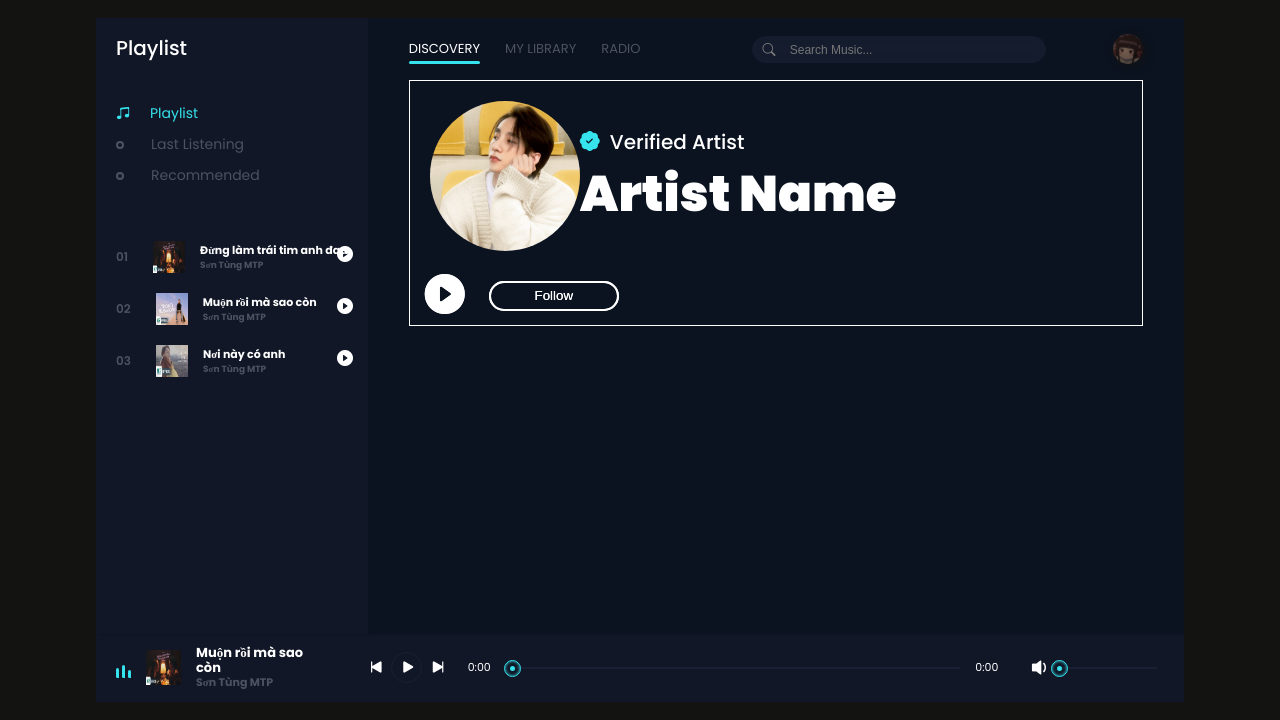
Repository: reminzuetto/Music-Website
Page: index.html
An editor plug-in stored every save of this project. The page is shown before and after a run of saves, followed by the edit.
The browser window is 1280 px wide. The pictures show the whole page.

Above is the page before, as saved 2024-06-11 13:08:11.

After the next 2 saves:
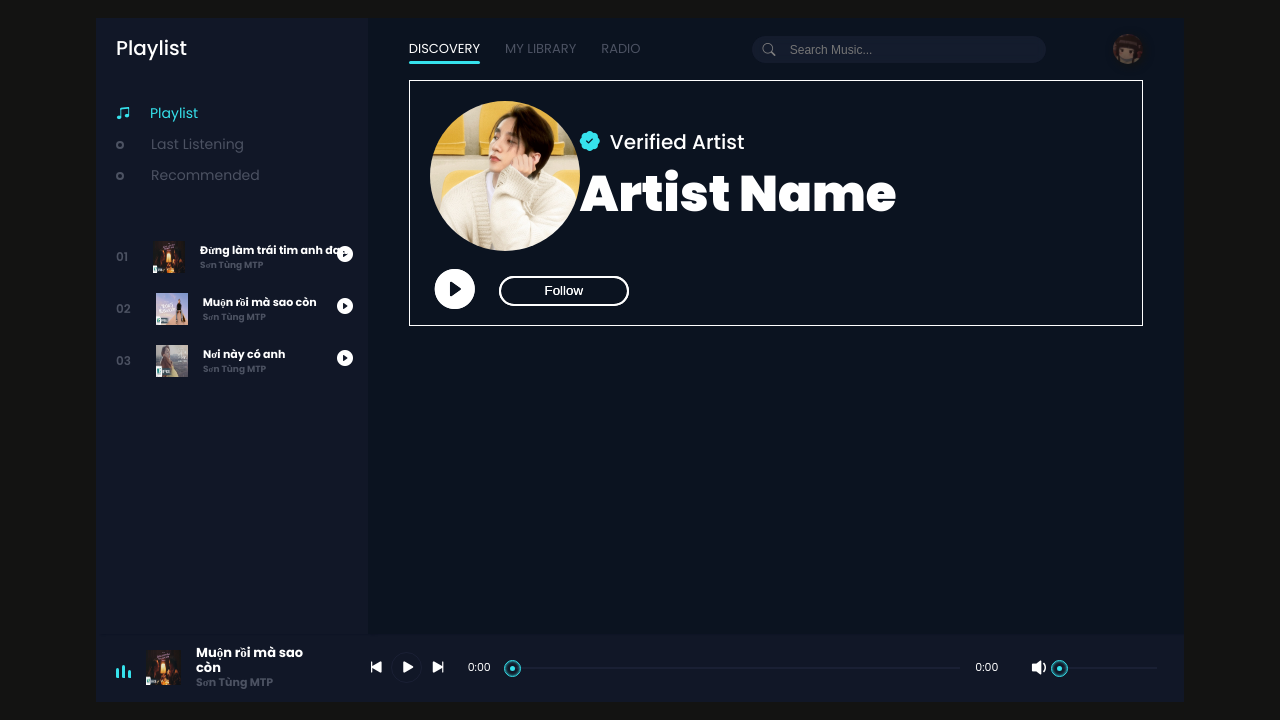
The 2 saves are shown as one change because they came seconds apart.
The last was saved 10 s later.
--- a/style.css
+++ b/style.css
@@ -534,8 +534,8 @@
 
 header .song_side .content .buttons {
   position: relative;
-  margin-top: 15px;
-  margin-left: 15px;
+  margin-top: 10px;
+  margin-left: 25px;
 }
 
 header .song_side .content .buttons .play {
